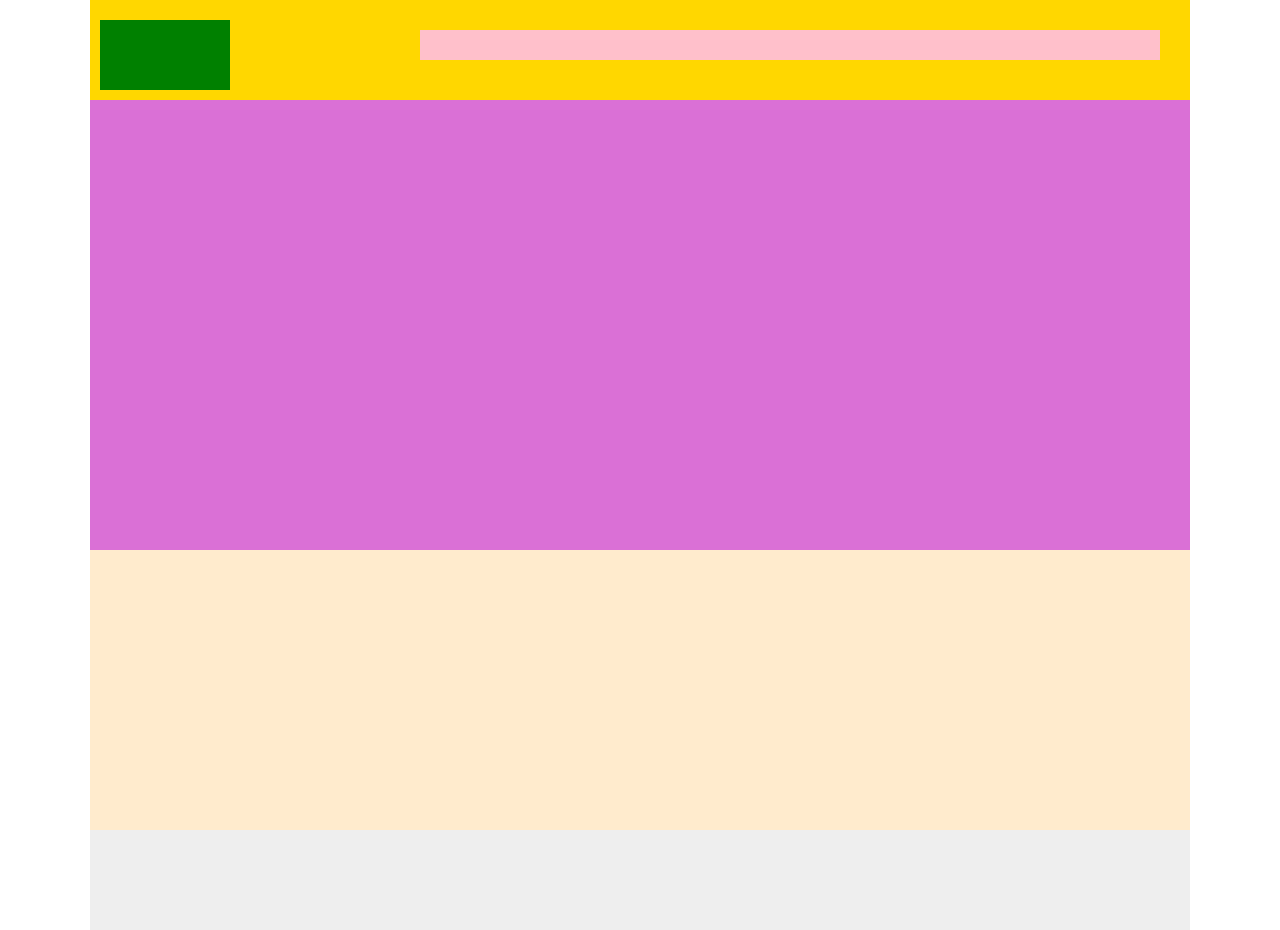
Repository: Hotmintchoco/SpringStudy
Page: HtmlTest/src/main/webapp/index4.html
The author's editor kept a copy of each file at every save. The page is drawn from the files as they stood at one save, then again after the next save.
The browser window is 1280 px wide. The pictures show the whole page.

Above is the page before, as saved 2022-05-03 08:16:22.

### HtmlTest/src/main/webapp/index4.html
<!DOCTYPE html>
<html>
<head>
<meta charset="EUC-KR">
<title>Index4</title>

<style>
	body {
		margin: 0; padding: 0; font-family: "맑은 고딕";
	}
	ul, ol, li { list-style: none; margin: 0; padding: 0; }

	header {
		width: 1100px; height: 100px; margin: 0 auto; background-color: gold;
	}

	#logo {
		width: 130px; height: 70px; background-color: green;
		margin: 20px 0 0 10px; float: left;
	}

	nav {
		width: 740px; height: 30px; background-color: pink;
		margin: 30px 30px 0 0; float: right;
	}

	#slider {
		width: 1100px; height: 450px; margin: 0 auto; background-color: #DA70D6;
	}

	section {
		width: 1100px; height: 280px; margin: 0 auto; background-color: #FFEBCD;
	}

	article {
		width: 340px; height: 145px; borderground-color: yellow; float: left;
		margin: 30px 10px;
	}

	footer {
		width: 1100px; height: 100px; margin: 0 auto; background-color: #eee;
	}
</style>
</head>
<body>

	<header>
		<div id="logo"></div>
		<nav></nav>
	</header>

	<div id="slider"></div>

	<section>
		<article></article>
		<article></article>
		<article></article>
	</section>

	<footer></footer>

</body>
</html>

After the next save:
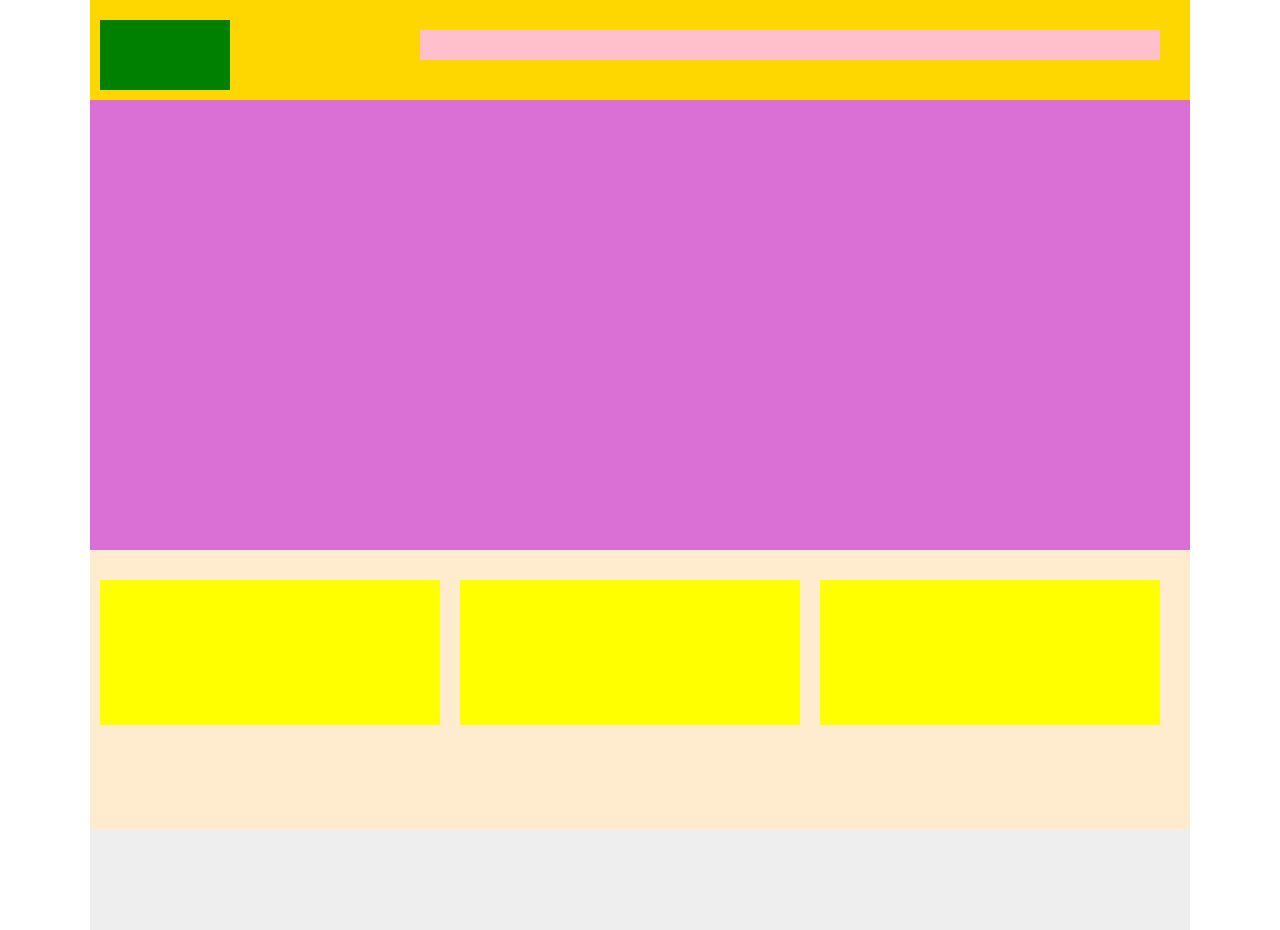
Saved 39 s later.
--- a/HtmlTest/src/main/webapp/index4.html
+++ b/HtmlTest/src/main/webapp/index4.html
@@ -33,7 +33,7 @@
 	}
 
 	article {
-		width: 340px; height: 145px; borderground-color: yellow; float: left;
+		width: 340px; height: 145px; background-color: yellow; float: left;
 		margin: 30px 10px;
 	}
 
